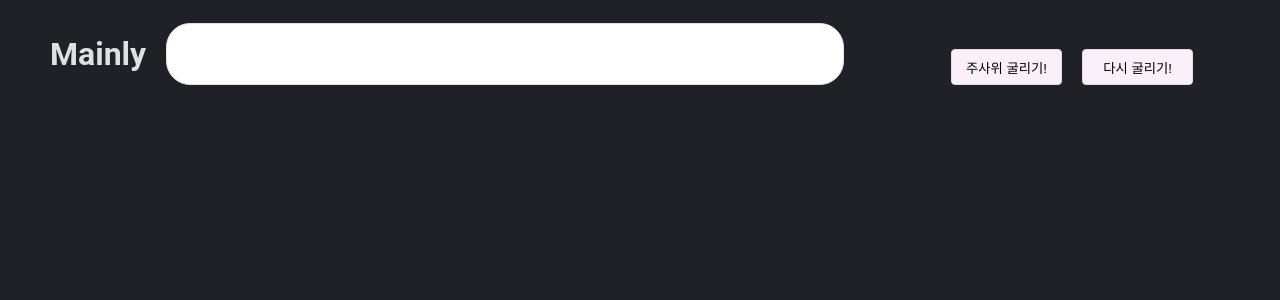
Repository: M1NARTY/WebProgramming
Page: feelLuck.html
The author's editor kept a copy of each file at every save. The page is drawn from the files as they stood at one save, then again after the next save.
The browser window is 1280 px wide. The pictures show the whole page.

Above is the page before, as saved 2023-12-18 00:44:03.

After the next save:
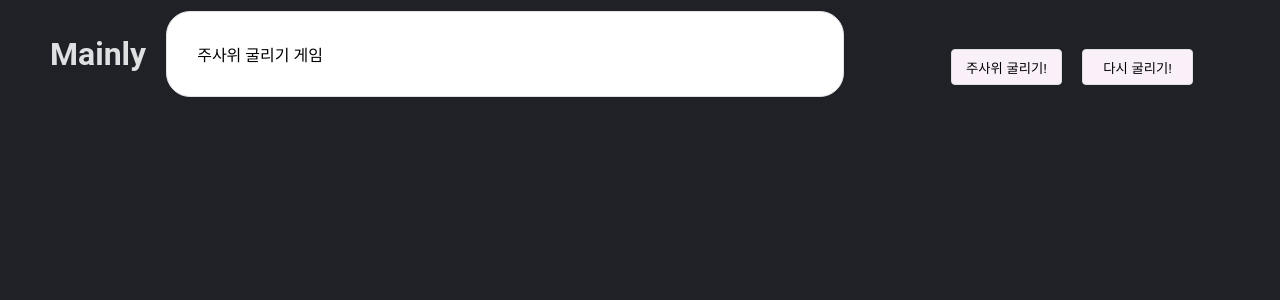
Saved 2 min 40 s later.
--- a/feelLuck.html
+++ b/feelLuck.html
@@ -11,7 +11,7 @@
     <body style="background-color:#202027">
         <div class="top">
             <h1>Mainly</h1>
-            <div class="box"></div>
+            <div class="box">주사위 굴리기 게임</div>
 
         <div class="game">
             <button id="rollDice" type="button">주사위 굴리기!</button>
